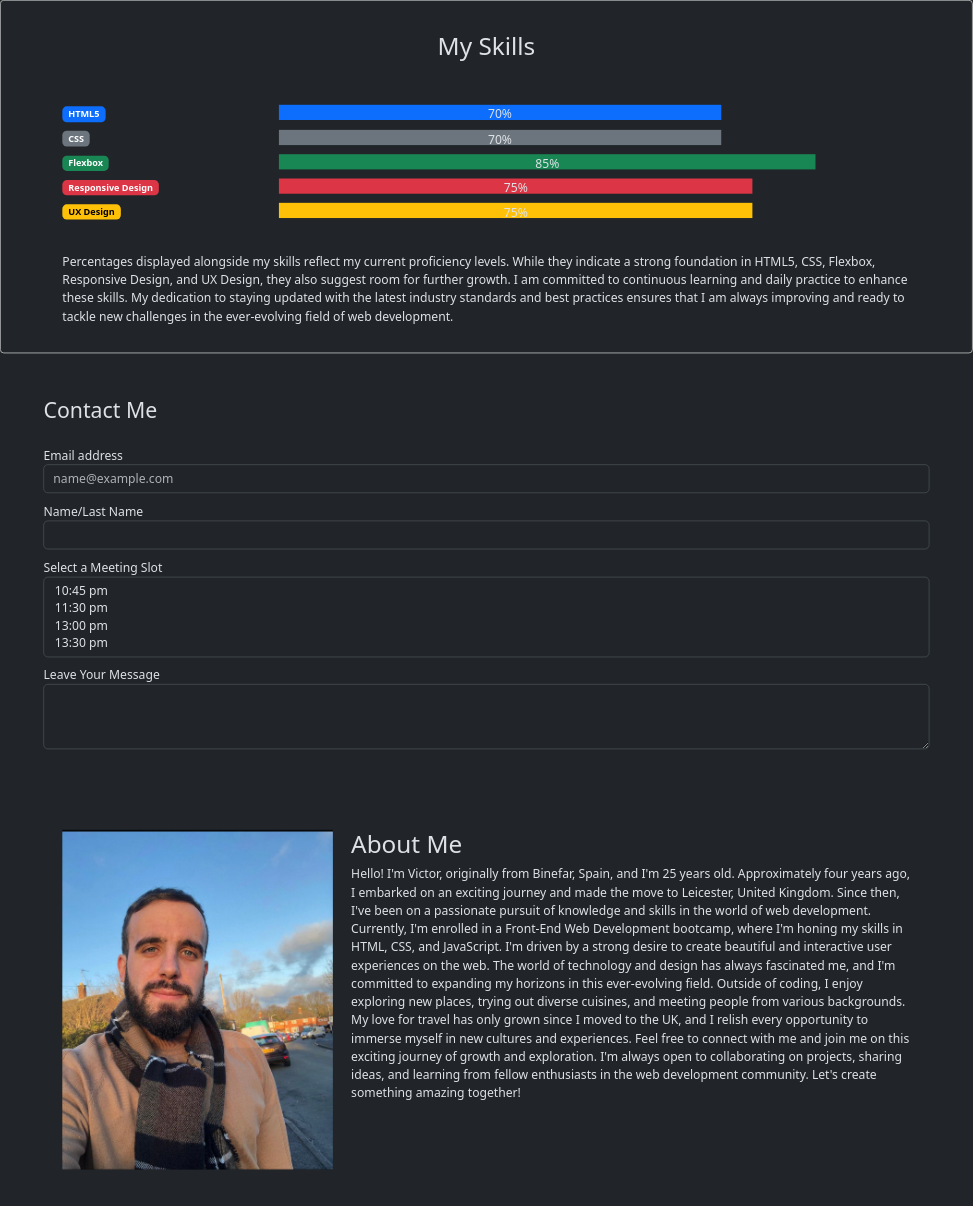
Repository: uvee35/Bootstrap-Portfolio
Page: index.html
These files come from the project's save history. The page is drawn as it stood at one moment and after the next save; the edit follows.
The browser window is 1280 px wide. The pictures show the part of the page from y = 1092 to 2679 px (the page is 2679 px tall before and 2637 px after), at 76% of full size.
A picture or video elsewhere on the page could not be fetched, so the positions and the page height are approximate.

Above is the page before, as saved 2023-12-18 20:54:09.

After the next save:
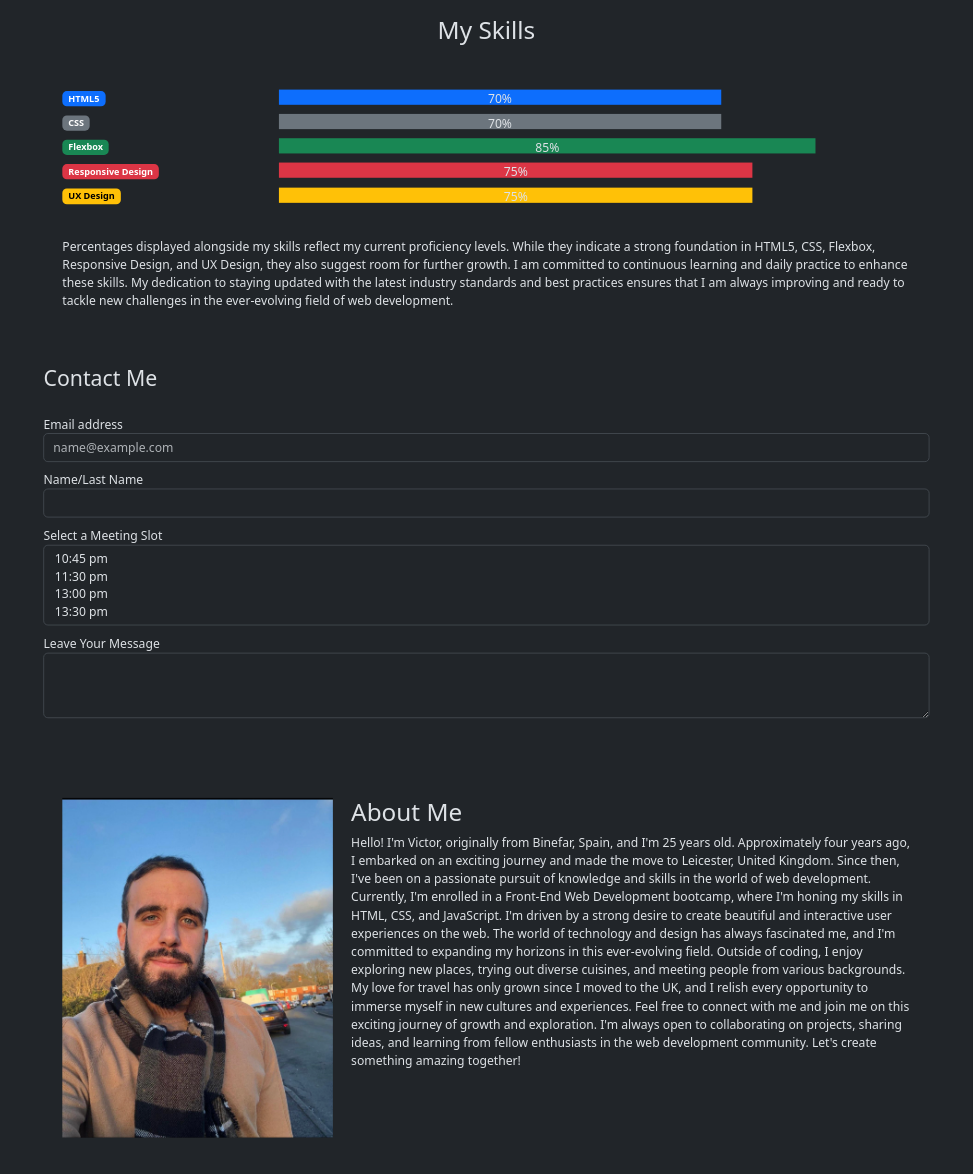
Saved 25 s later.
--- a/index.html
+++ b/index.html
@@ -166,7 +166,7 @@
 
     <!-- Skills Section -->
 
-    <div class="container-fluid" id="Skills">
+    <div class="container-fluid" id="skills">
       <div class="row mb-4">
         <h2 class="col-12" style="text-align: center; padding-top: 20px">
           My Skills
